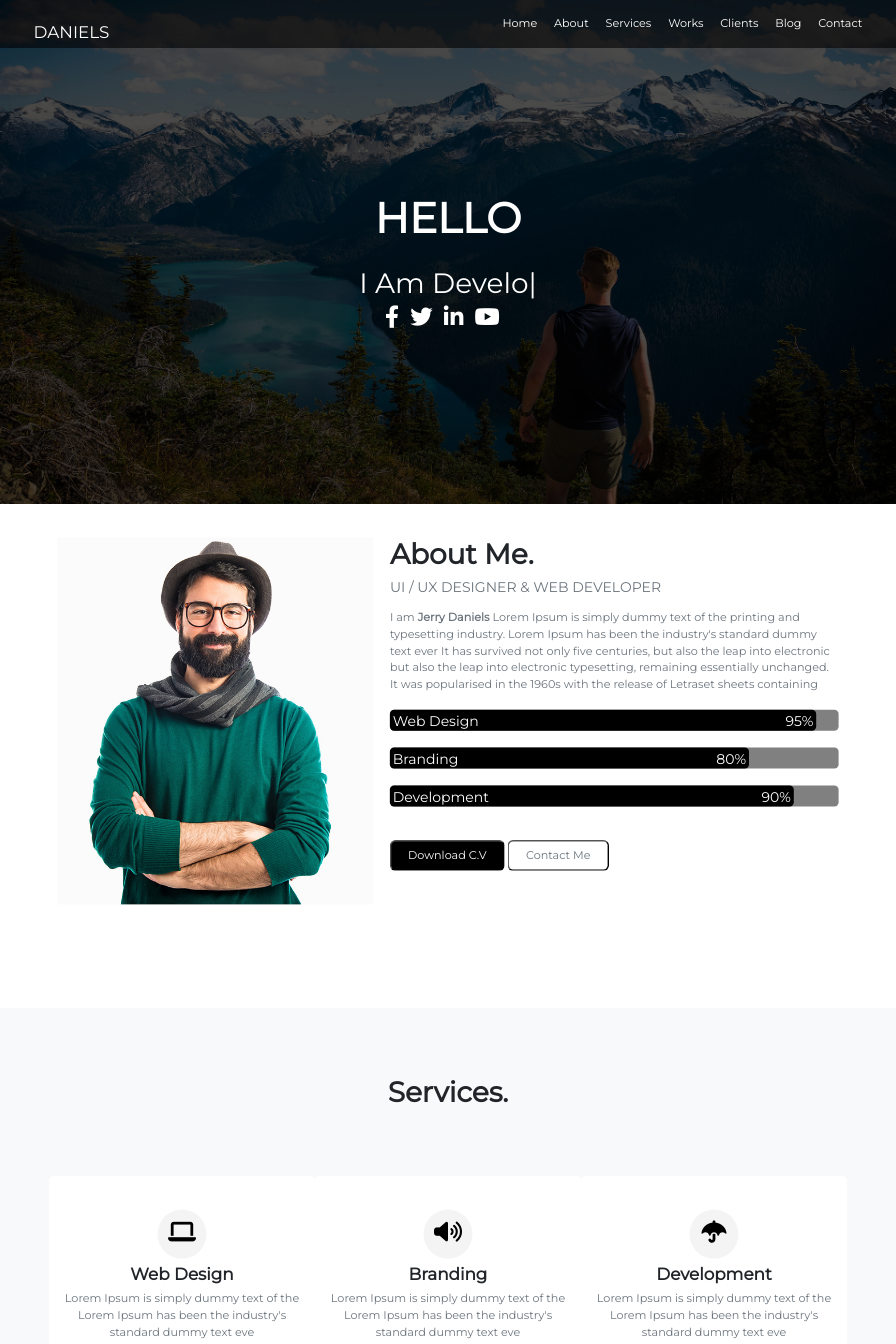
Repository: Souldeer0020/daniels-portofolio
Page: index.html
The author's editor kept a copy of each file at every save. The page is drawn from the files as they stood at one save, then again after the next save.
The browser window is 1280 px wide. The pictures show the part of the page from y = 0 to 1920 px (the page is 5468 px tall), at 70% of full size.

Above is the page before, as saved 2024-07-14 00:05:07.

After the next save:
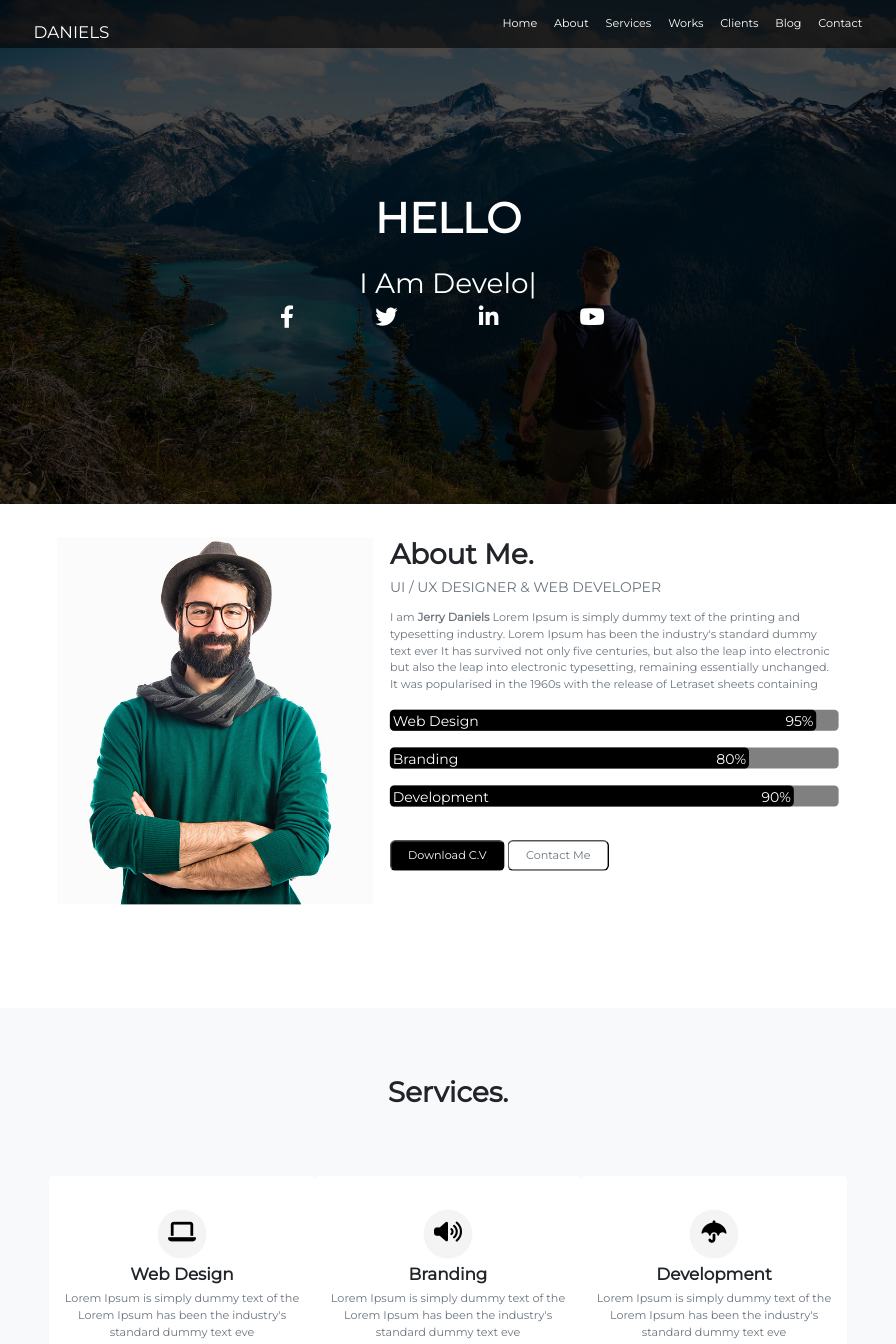
Saved 13 s later.
--- a/index.html
+++ b/index.html
@@ -24,7 +24,7 @@
             <div class="content w-75 text-center d-flex flex-column align-items-center">
                 <h1 class="py-md-4">HELLO</h1>
                 <h2 class="w-100">I Am</h2>
-                <div class="icons d-flex justify-content-center">
+                <div class="icons d-flex justify-content-between">
                     <a class="me-3" href=""><i class=" fa-brands fa-facebook-f icon text-center d-flex justify-content-center align-items-center fs-2"></i></a>
                     <a class="me-3" href=""><i class=" fa-brands fa-twitter icon text-center d-flex justify-content-center align-items-center fs-2"></i></a>
                     <a class="me-3" href=""><i class=" fa-brands fa-linkedin-in icon text-center d-flex justify-content-center align-items-center fs-2"></i></a>
